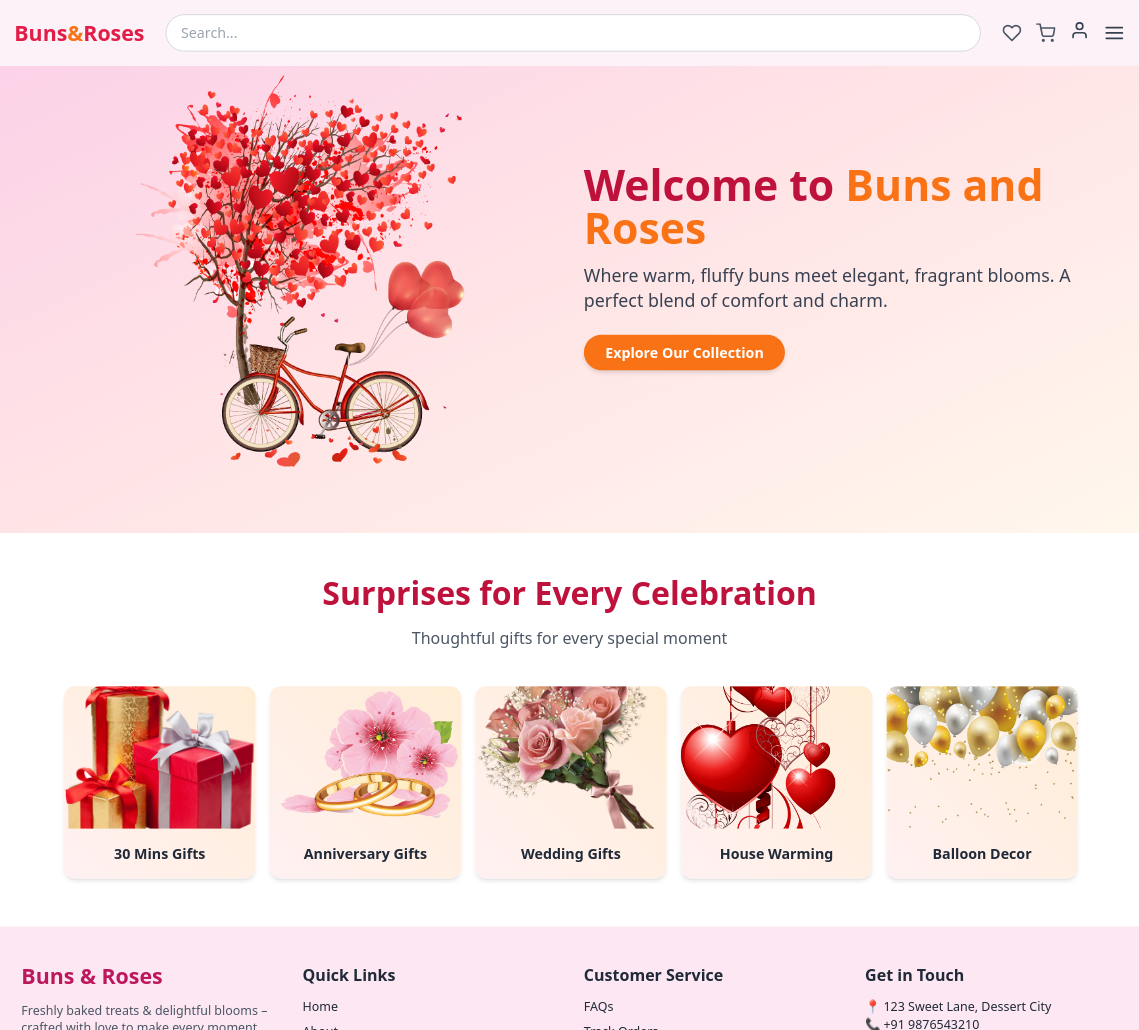
Repository: Purniagithub/buns-and-roses
Page: /
An editor plug-in stored every save of this project. The page is shown before and after the next save, followed by the edit.
The browser window is 1280 px wide. The pictures show the part of the page from y = 0 to 1157 px (the page is 1309 px tall before and 2503 px after), at 89% of full size.
Pictures or frames that could not be fetched are drawn as grey boxes. The project was rebuilt for these pictures with package versions that can differ from the ones it lists, and the page was loaded fresh each time. Also part of the build but not shown: vite.config.js, src/pages/About.jsx. Imported but missing from the stored project, and not drawn on this page: src/components/RelationshipSec tion.

Above is the page before, as saved 2025-08-10 02:17:09.

After the next save:
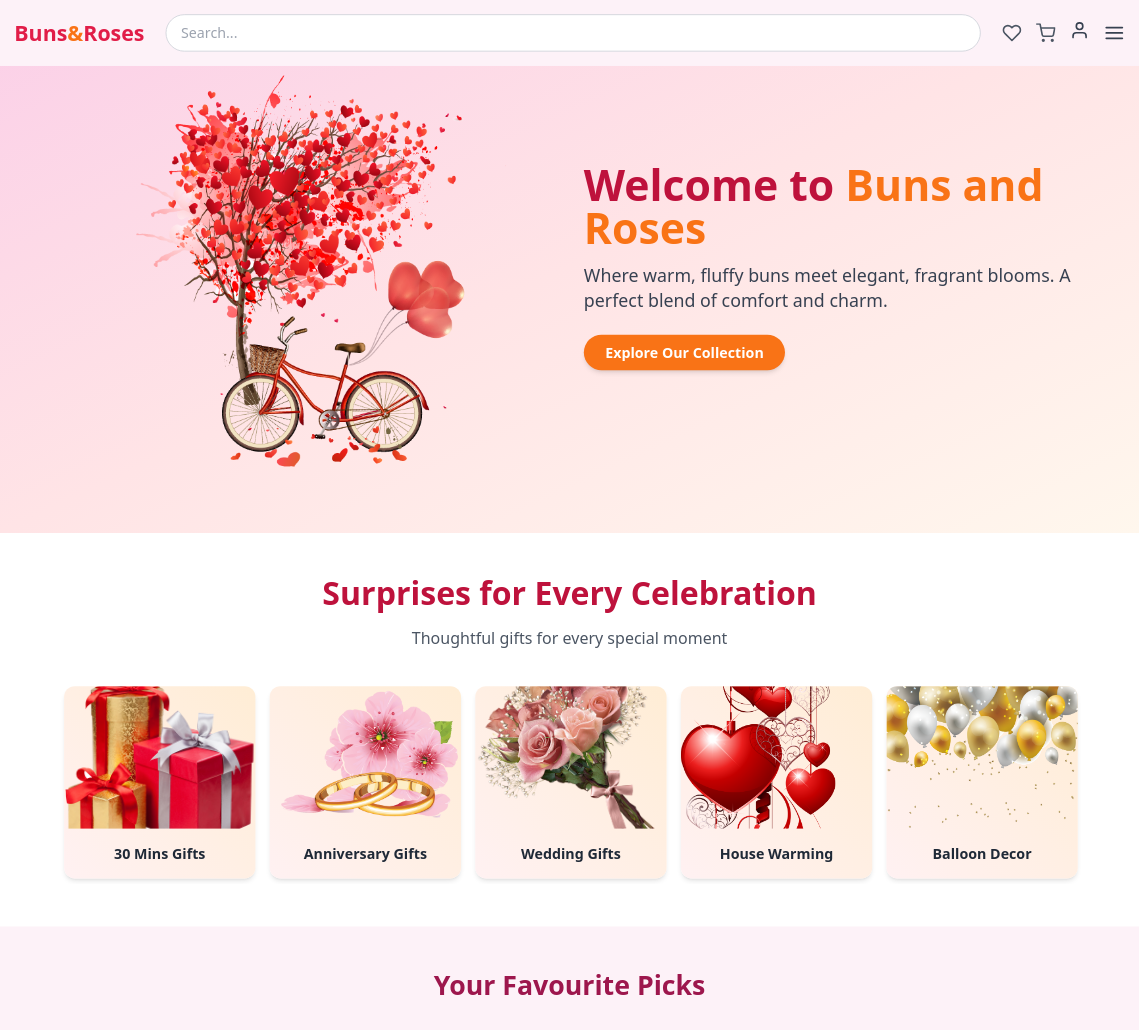
Saved 55 s later.
--- a/src/pages/Home.jsx
+++ b/src/pages/Home.jsx
@@ -3,6 +3,7 @@ import Slider from "react-slick";
 import { motion } from "framer-motion";
 import "slick-carousel/slick/slick.css";
 import "slick-carousel/slick/slick-theme.css";
+import FavouritePicks from "../components/FavouritePicks";
 
 const Home = () => {
   const celebrationItems = [
@@ -97,6 +98,8 @@ const Home = () => {
           </Slider>
         </div>
       </section>
+       {/* Other homepage sections */}
+       <FavouritePicks />
     </>
   );
 };
